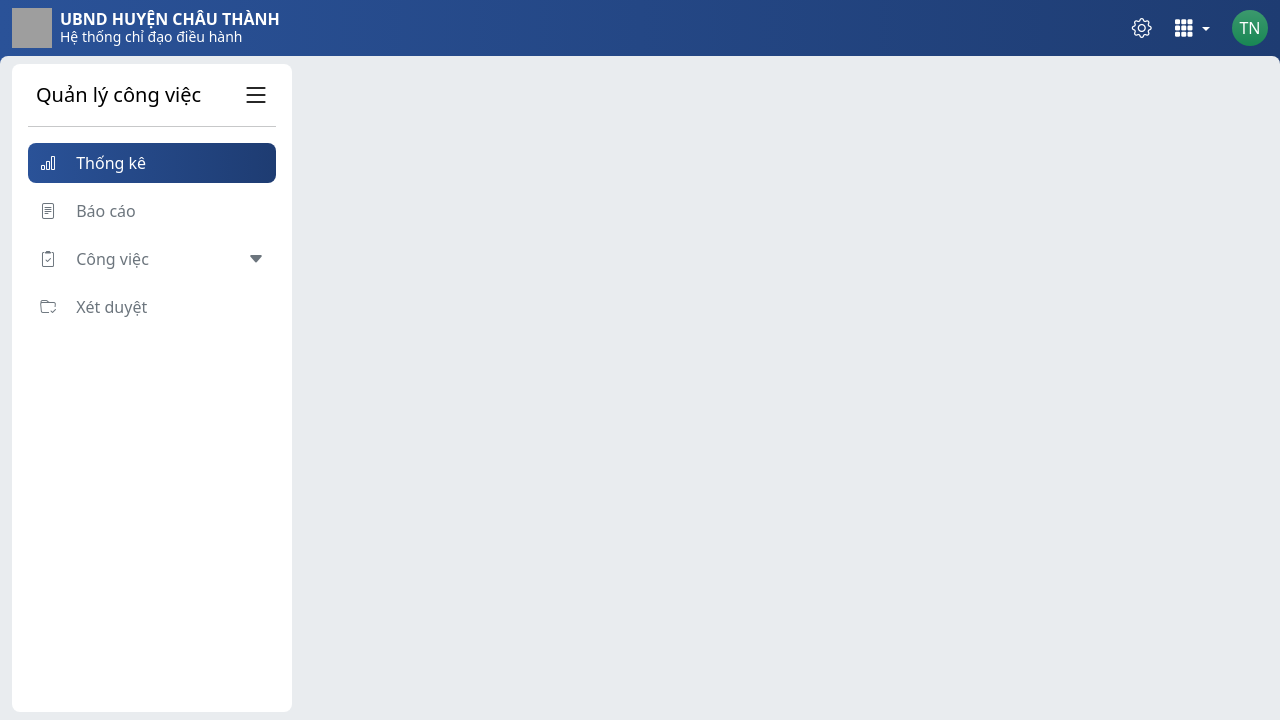
Repository: mys-pro/DATT-HeThongChiDaoDieuHanh
Page: index.html
An editor plug-in stored every save of this project. The page is shown before and after the next save, followed by the edit.
The browser window is 1280 px wide. The pictures show the whole page.
Pictures or frames that could not be fetched are drawn as grey boxes.

Above is the page before, as saved 2024-04-21 14:46:55.

### index.html
<!DOCTYPE html>
<html lang="en">

<head>
    <meta charset="UTF-8">
    <meta name="viewport" content="width=device-width, initial-scale=1.0">
    <link rel="icon" href="./Assets/Image/icon.png" />
    <title>Hệ thống chỉ đạo điều hành</title>
    <link rel="stylesheet" href="./Bootstrap/bootstrap-icons-1.11.3/font/bootstrap-icons.min.css">
    <link rel="stylesheet" href="./Bootstrap/bootstrap-5.3.3-dist/css/bootstrap.min.css">
    <link rel="stylesheet" href="./Assets/css/Styles.css">
    <script src="./Assets/js/jquery-3.7.1.min.js"></script>
    <script src="./Bootstrap/bootstrap-5.3.3-dist/js/bootstrap.bundle.min.js"></script>
    <script src="./Assets/js/script.js"></script>
</head>

<body>
    <div class="app">
        <header class="header">
            <nav class="header__navbar navbar">
                <div class="header__navbar-container container-fluid">
                    <a href="#" class="header__navbar-logo navbar-brand p-0 d-flex">
                        <img class="header__navbar-img" src="./Assets/Image/Logo.png" alt="">
                        <div class="header__navbar-name mx-2 text-white align-content-center">
                            <h6 class="fw-bold p-0 m-0">UBND HUYỆN CHÂU THÀNH</h6>
                            <h6 class="fw-normal p-0 m-0">Hệ thống chỉ đạo điều hành</h6>
                        </div>
                    </a>

                    <ul class="header__navbar-list list-inline p-0 m-0 d-flex">
                        <li class="header__navbar-item ms-3 align-content-center">
                            <a class="border-0 bg-transparent rounded-circle text-white">
                                <i class="bi bi-gear fs-5"></i>
                            </a>
                        </li>
                        <li class="header__navbar-item ms-3 align-content-center">
                            <button type="button" class="border-0 bg-transparent rounded-circle text-white dropdown-toggle">
                                <i class="bi bi-grid-3x3-gap-fill fs-5"></i>
                            </button>
                        </li>
                        <li class="header__navbar-item ms-3">
                            <div class="header__navbar-avatar border-0 bg-success bg-gradient rounded-circle text-white text-center align-content-center">TN</div>
                        </li>
                    </ul>
                </div>
            </nav>
        </header>

        <div class="app__container bg-body-secondary rounded-top-3 py-2">
            <div class="container-fluid">
                <div class="sidebar bg-white rounded-3 p-3 open">
                    <div class="side__bar-tile d-flex position-relative">
                        <span class="ms-2 text-black fs-5 text-nowrap">Quản lý công việc</span>
                        <button type="button"
                            class="sidebar__collapse-btn border-0 bg-white position-absolute text-end end-0">
                            <i class="bi bi-list"></i>
                        </button>
                    </div>
                    <hr>

                    <ul class="sidebar-list list-unstyled p-0 m-0">
                        <li class="sidebar-item mb-2">
                            <a href="#" class="rounded-3 text-secondary text-nowrap d-block active">
                                <i class="bi bi-bar-chart me-3"></i>
                                <span>Thống kê</span>
                            </a>
                        </li>

                        <li class="sidebar-item mb-2">
                            <a href="#" class="rounded-3 text-secondary text-nowrap d-block">
                                <i class="bi bi-file-text me-3"></i>
                                <span>Báo cáo</span>
                            </a>
                        </li>

                        <li class="sidebar-item mb-2">
                            <a href="#" class="position-relative rounded-3 text-secondary text-nowrap d-block collapsed"
                                data-bs-toggle="collapse" data-bs-target="#sidebarToggleExternalContent">
                                <i class="bi bi-clipboard2-check me-3"></i>
                                <span>Công việc</span>
                                <i class="bi bi-caret-down-fill"></i>
                            </a>

                            <ul class="sidebar-list-child collapse list-inline text-secondary text-nowrap"
                                id="sidebarToggleExternalContent">
                                <li class="sidebar-item-child mt-2">
                                    <a href="#"
                                        class="text-secondary rounded-3 text-nowrap d-block d-flex justify-content-between align-items-center active">
                                        Tất cả
                                        <span class="badge text-bg-danger rounded-pill">1</span>
                                    </a>
                                </li>
                                <li class="sidebar-item-child mt-2">
                                    <a href="#"
                                        class="text-secondary rounded-3 text-nowrap d-block d-flex justify-content-between align-items-center">
                                        Dự thảo
                                        <span class="badge text-bg-danger rounded-pill">1</span>
                                    </a>
                                </li>
                                <li class="sidebar-item-child mt-2">
                                    <a href="#"
                                        class="text-secondary rounded-3 text-nowrap d-block d-flex justify-content-between align-items-center">
                                        Hoàn thành
                                        <span class="badge text-bg-danger rounded-pill">1</span>
                                    </a>
                                </li>
                                <li class="sidebar-item-child mt-2">
                                    <a href="#"
                                        class="text-secondary rounded-3 text-nowrap d-block d-flex justify-content-between align-items-center">
                                        Chờ phê duyệt
                                        <span class="badge text-bg-danger rounded-pill">1</span>
                                    </a>
                                </li>
                                <li class="sidebar-item-child mt-2">
                                    <a href="#"
                                        class="text-secondary rounded-3 text-nowrap d-block d-flex justify-content-between align-items-center">
                                        Làm lại
                                        <span class="badge text-bg-danger rounded-pill">1</span>
                                    </a>
                                </li>
                                <li class="sidebar-item-child mt-2">
                                    <a href="#"
                                        class="text-secondary rounded-3 text-nowrap d-block d-flex justify-content-between align-items-center">
                                        Bị hủy
                                        <span class="badge text-bg-danger rounded-pill">1</span>
                                    </a>
                                </li>
                            </ul>
                        </li>

                        <li class="sidebar-item mb-2">
                            <a href="#" class="rounded-3 text-secondary text-nowrap d-block">
                                <i class="bi bi-folder-check me-3"></i>
                                <span>Xét duyệt</span>
                            </a>
                        </li>
                    </ul>
                </div>
            </div>
        </div>
    </div>
</body>

</html>

### Assets/css/Styles.css
:root {
    --primary-color: #2a5298;
    --primary-gradient-color: linear-gradient(to left, #1e3c72, #2a5298);
    --bs-body-color: #212529;
}

body {
    overflow: auto;
}

.col-0 {
    display: none;
}

.app {
    background-image: var(--primary-gradient-color);
}
/* ======Navbar====== */
.header__navbar-img {
    width: 40px;
    height: 40px;
}

.header__navbar-name h6:first-child {
    font-size: 16px;
}

.header__navbar-name h6:last-child {
    font-size: 14px;
}

.header__navbar-avatar {
    width: 36px;
    height: 36px;
}

.header__navbar-item a {
    cursor: pointer;
}

.header__navbar-item span {
    top: 25%;
    right: -15px;
}
/* ======Sidebar====== */
.sidebar {
    --height: calc(100vh - 56px - 16px);
    min-height: var(--height);
    width: 72px;
    transition: all .2s ease-out;
}

.sidebar.open {
    width: 280px;
}

.sidebar a {
    padding: 8px 12px;
    text-decoration: none;
    overflow: hidden;
}

.sidebar span {
    overflow: hidden;
}

.sidebar__collapse-btn {
    font-size: 28px;
    line-height: 0;
}

.sidebar-list-child {
    overflow: hidden;
}

.sidebar-item > a:hover {
    background-color: rgba(0, 0, 0, 0.05) !important;
}

.sidebar-item > a:active {
    background-color: rgba(0, 0, 0, 0.1) !important;
}

.sidebar-item > a.active {
    background-image: var(--primary-gradient-color);
    color: white !important;
}

.sidebar:not(.open) .sidebar-list-child {
    display: none;
}

.sidebar-item > a[data-bs-toggle="collapse"].collapsed > i:last-child {
    position: absolute;
    right: 12px;
    top: 0.5rem;
    transform: rotate(0deg);
    transition: all .2s ease-out;
}

.sidebar-item > a[data-bs-toggle="collapse"] > i:last-child {
    position: absolute;
    right: 12px;
    top: 0.5rem;
    transform: rotate(180deg);
    transition: all .2s ease-out;
}

.sidebar:not(.open) .sidebar-item > a[data-bs-toggle="collapse"] > i:last-child {
    display: none;
}

.sidebar-item-child > a:not(.active):hover {
    background-color: rgba(0, 0, 0, 0.05) !important;
}

.sidebar-item-child > a:not(.active):active,
.sidebar-item-child > a.active {
    background-color: rgba(0, 0, 0, 0.1) !important;
}

@media (max-width: 576px) {
    .sidebar {
        display: none;
    }

    .header__navbar-list {
        display: none !important;
    }
}

### Assets/js/script.js
$(document).ready(function() {
    $('.sidebar__collapse-btn').click(function() {
        $(".sidebar").toggleClass("open");
    });

    $('.sidebar-item > a').click(function() {
        $('.sidebar-item > a').removeClass("active");
        $(this).addClass("active");
        $('#sidebarToggleExternalContent').collapse('hide');
    });

    $('.sidebar-item > a[data-bs-toggle="collapse"]').click(function() {
        $('.sidebar-item-child > a').removeClass("active");
        $('.sidebar-item-child > a:first').addClass("active");
      });

    $('.sidebar-item-child > a').click(function() {
        $('.sidebar-item-child > a').removeClass("active");
        $(this).addClass("active");
    });
});

Loaded but not shown: library/Bootstrap/bootstrap-icons-1.11.3/font/bootstrap-icons.min.css (library); library/Bootstrap/bootstrap-5.3.3-dist/css/bootstrap.min.css (library); Public/js/jquery-3.7.1.min.js (library); library/Bootstrap/bootstrap-5.3.3-dist/js/bootstrap.bundle.min.js (library)

After the next save:
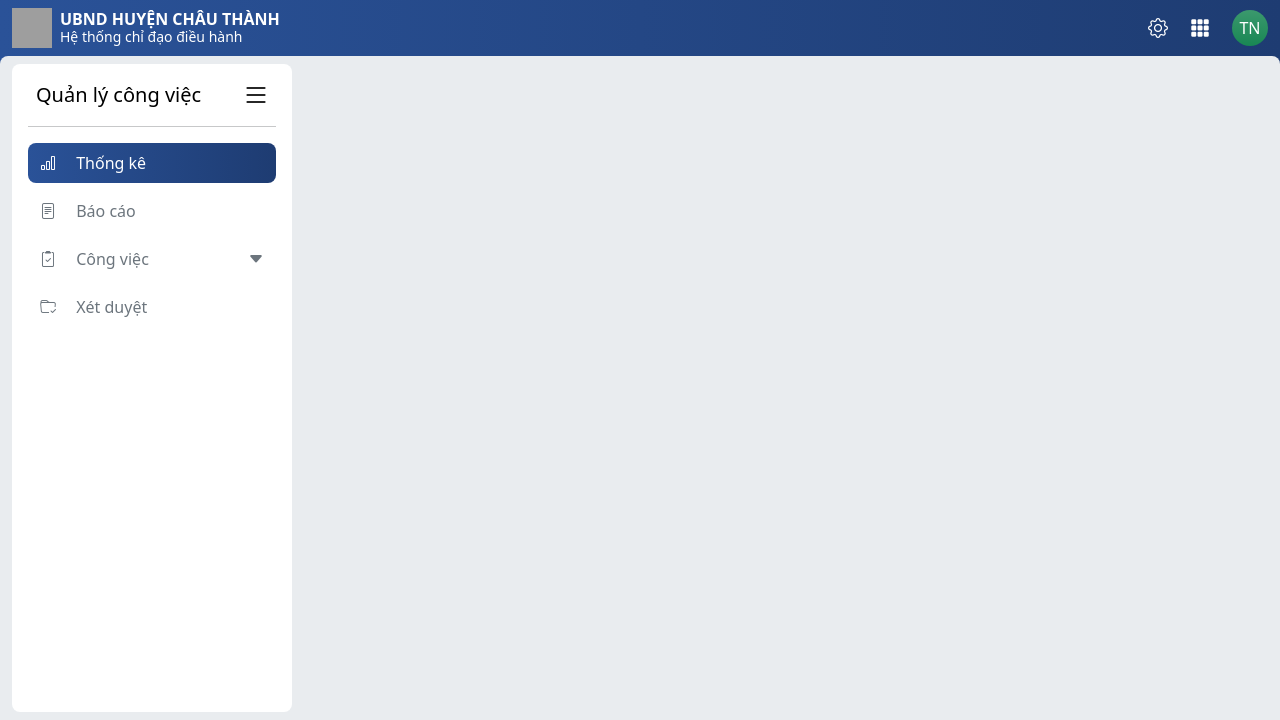
Saved 7 s later.
--- a/index.html
+++ b/index.html
@@ -34,7 +34,7 @@
                             </a>
                         </li>
                         <li class="header__navbar-item ms-3 align-content-center">
-                            <button type="button" class="border-0 bg-transparent rounded-circle text-white dropdown-toggle">
+                            <button type="button" class="border-0 bg-transparent rounded-circle text-white">
                                 <i class="bi bi-grid-3x3-gap-fill fs-5"></i>
                             </button>
                         </li>
